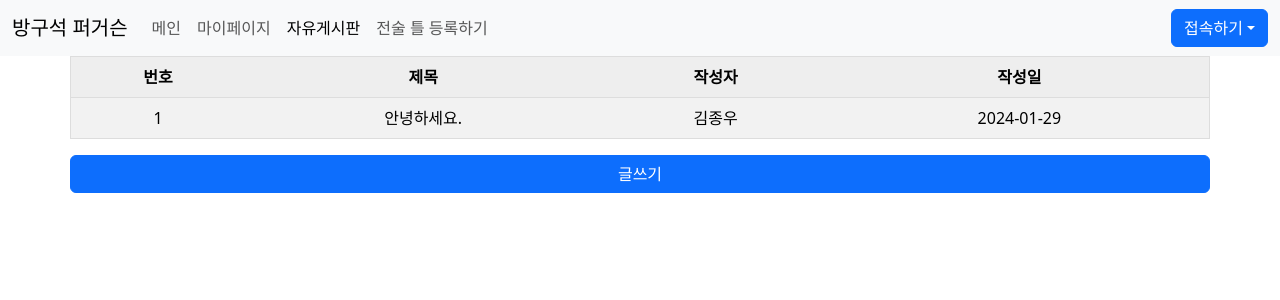
Repository: jiiiiiw/Spring-BBS
Page: http://localhost/BBS/bbs.jsp
These files come from the project's save history. The page is drawn as it stood at one moment and after the next save; the edit follows.
The browser window is 1280 px wide. The pictures show the whole page.
The page is served by Tomcat 9.

Above is the page before, as saved 2024-01-30 03:29:11.

After the next save:
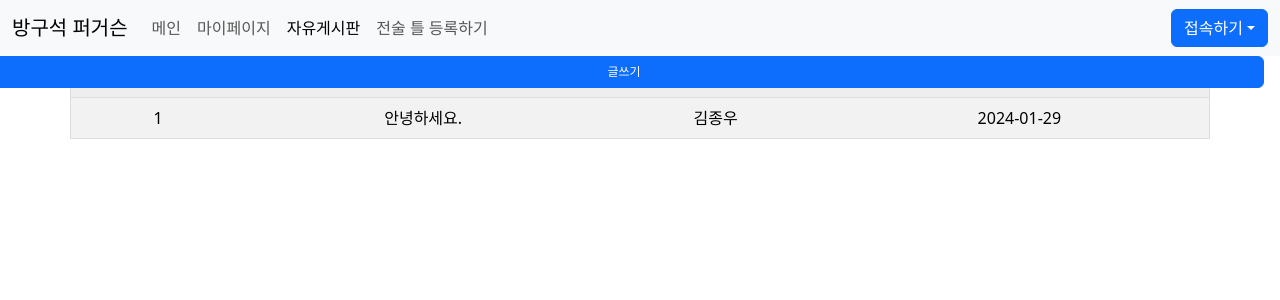
Saved 36 s later.
--- a/BBS/src/main/webapp/bbs.jsp
+++ b/BBS/src/main/webapp/bbs.jsp
@@ -75,12 +75,11 @@
 			%>
 		</div>
 	</nav>
-<!--
+
 	<style>
 /* 우측 하단에 버튼 고정 스타일 */
 .fixed-bottom-right {
 	position: fixed;
-	bottom: 16px;
 	right: 16px;
 }
 
@@ -89,7 +88,7 @@
 	padding: 6px 12px;
 	font-size: 12px;
 }
-	</style> -->
+	</style>
 
 	<div class="container">
 		<div class="row">

After the save that followed:
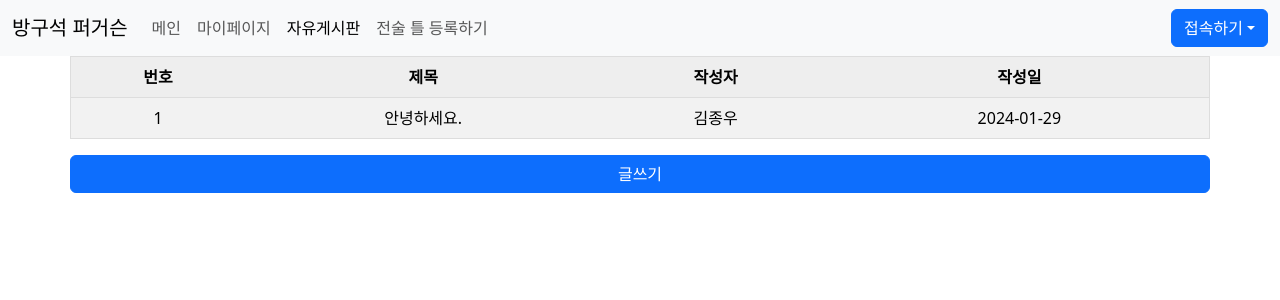
Saved 11 s later.
--- a/BBS/src/main/webapp/bbs.jsp
+++ b/BBS/src/main/webapp/bbs.jsp
@@ -75,7 +75,7 @@
 			%>
 		</div>
 	</nav>
-
+<!--
 	<style>
 /* 우측 하단에 버튼 고정 스타일 */
 .fixed-bottom-right {
@@ -88,7 +88,7 @@
 	padding: 6px 12px;
 	font-size: 12px;
 }
-	</style>
+	</style> -->
 
 	<div class="container">
 		<div class="row">
